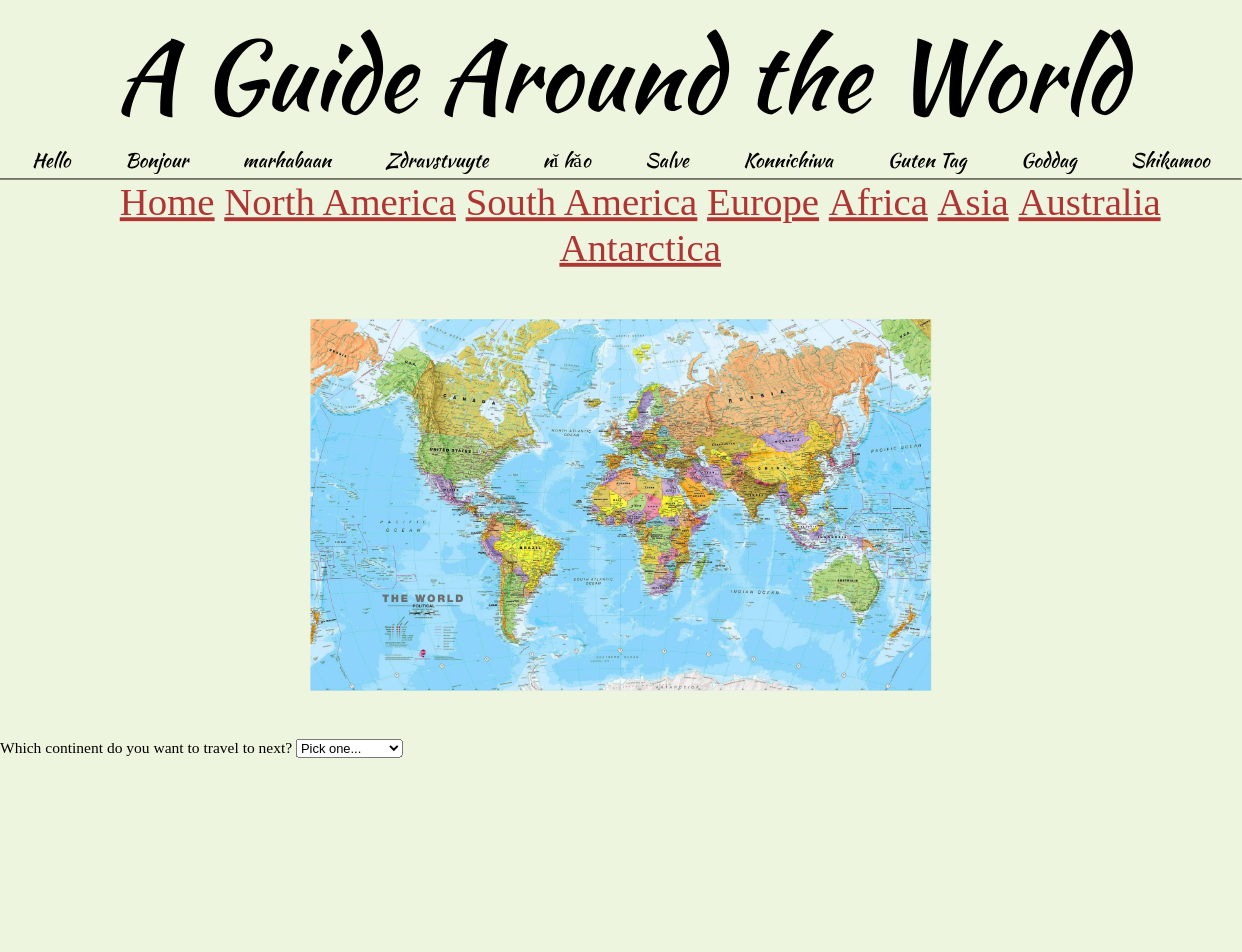
Repository: alharama/StaticWebsite
Page: index.html
The author's editor kept a copy of each file at every save. The page is drawn from the files as they stood at one save, then again after the next save.
The browser window is 1280 px wide. The pictures show the whole page, at 97% of full size.

Above is the page before, as saved 2021-09-29 22:56:02.

After the next save:
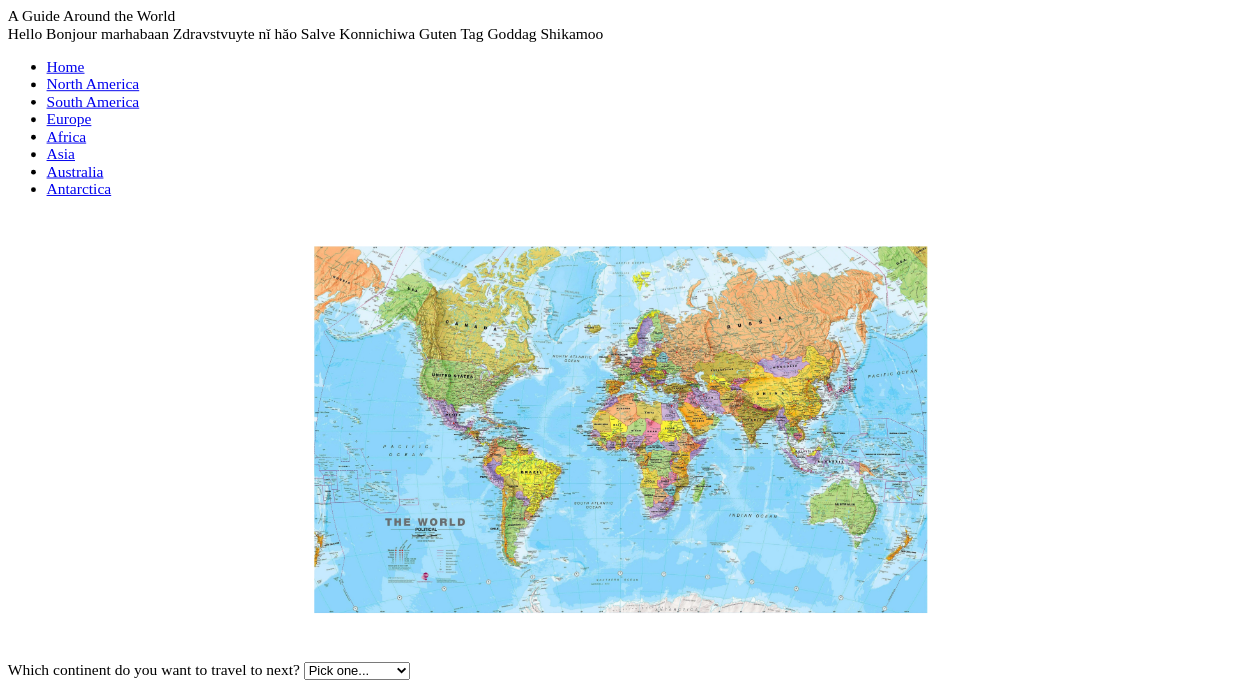
Saved 4 s later.
--- a/index.html
+++ b/index.html
@@ -7,57 +7,6 @@
     <style>
 
         @import url('https://fonts.googleapis.com/css2?family=Kaushan+Script&display=swap');
-
-        header {
-            text-align: center;
-            padding: 5px;
-            font-family: 'Kaushan Script', cursive;
-            font-size: 100px;
-            border-bottom: 1px solid;
-
-        }
-
-        body{
-            background: rgb(238, 245, 222);
-            margin: 0px;
-            padding-bottom: 200px;
-        }
-
-        .top_nav {
-            width: 100%;
-            font-size: 40px;
-            text-align: center;
-            color: red;
-
-        }
-
-        .top_nav ul {
-            margin: 0px;
-            color: blue;
-        }
-
-        .top_nav li {
-            display: inline-block;
-
-        }
-
-        .top_nav a {
-            text-decoration:underline;
-            color: rgb(175, 52, 52);
-
-        }
-
-        .top_nav a:hover {
-            background-color: lightgray;
-        }
-
-
-        #languages{
-
-            display: flex;
-            font-size: 20px;
-            justify-content:space-around;
-        }
 
         #worldmap {
             display: block;
